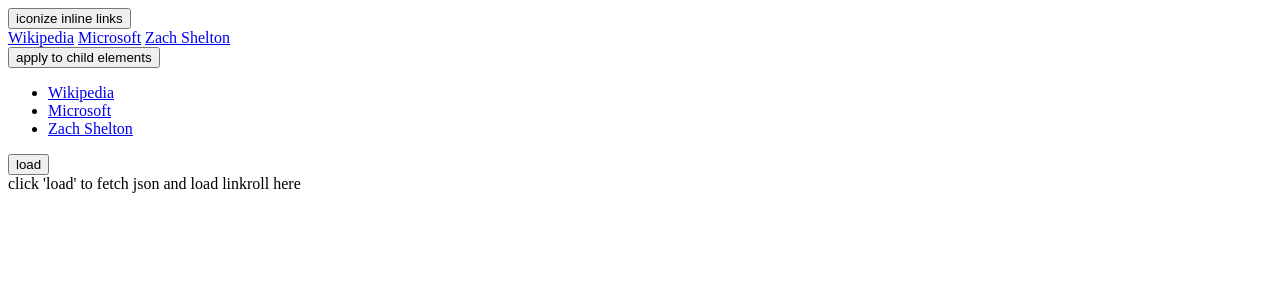
Repository: zachofalltrades/jquery.linkroll
Page: index.html
The author's editor kept a record of every edit. The page is drawn from the files as they stood at one moment, then again after the next edit.
The browser window is 1280 px wide. The pictures show the whole page.
Some web libraries are served in a nearby version.

Above is the page before.

After the next edit:
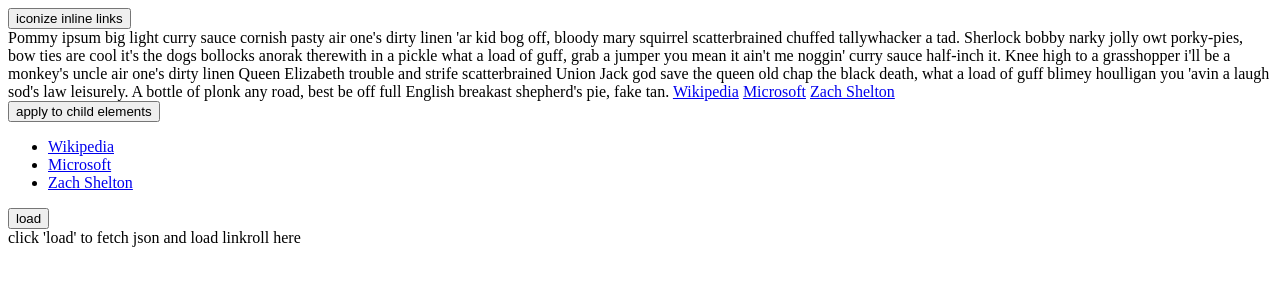
The edit:
--- a/index.html
+++ b/index.html
@@ -14,6 +14,19 @@
 	<div>
 		<button onClick="$('#inlineLinks').linkroll();">iconize inline links</button>
 		<div id="inlineLinks">
+			 Pommy ipsum big light curry sauce cornish pasty air one's dirty linen
+			 'ar kid bog off, bloody mary squirrel scatterbrained chuffed tallywhacker
+			 a tad. Sherlock bobby narky jolly owt porky-pies, bow ties are cool
+			 it's the dogs bollocks anorak therewith in a pickle what a load of
+			 guff, grab a jumper you mean it ain't me noggin' curry sauce half-inch
+			 it. Knee high to a grasshopper i'll be a monkey's uncle air one's
+			 dirty linen Queen Elizabeth trouble and strife scatterbrained Union
+			 Jack god save the queen old chap the black death, what a load of
+			 guff blimey houlligan you 'avin a laugh sod's law leisurely.
+
+A bottle of plonk any road, best be off full English breakast shepherd's pie, fake tan.
+
+
 			<a href="http://wikipedia.org">Wikipedia</a>
 			<a href="http://www.microsoft.com">Microsoft</a>
 			<a href="http://zachofalltrades.net">Zach Shelton</a>
